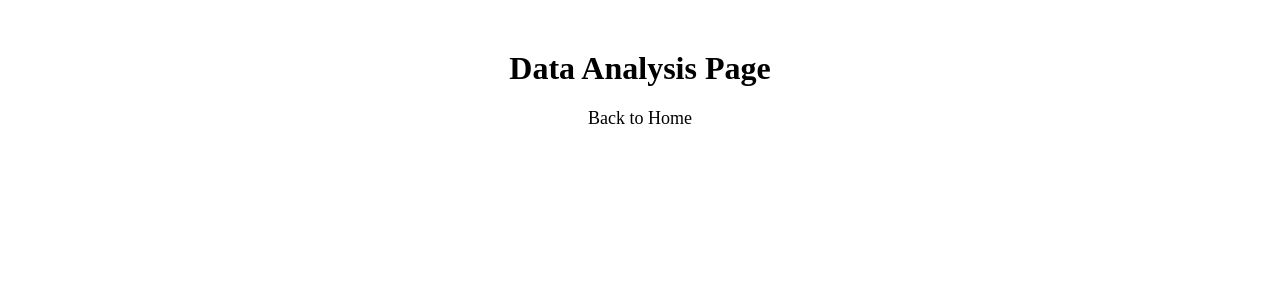
Repository: aw4630/plane-crash-EDA
Page: /analysis (app in frontend/planecrasheda/)
The author's editor kept a copy of each file at every save. The page is drawn from the files as they stood at one save, then again after the next save.
The browser window is 1280 px wide. The pictures show the whole page.
The project was rebuilt for these pictures with package versions that can differ from the ones it lists, and the page was loaded fresh each time. The framework's server and built-in components were replaced by stand-ins that run in the browser.

Above is the page before, as saved 2024-09-19 01:34:47.

### frontend/planecrasheda/pages/_app.js
import React from 'react';

function MyApp({ Component, pageProps }) {
  return <Component {...pageProps} />;
}

export default MyApp;

### frontend/planecrasheda/pages/analysis.js
import DataAnalysisPage from '../components/DataAnalysisPage';

export default function Analysis() {
  return <DataAnalysisPage />;
}

### frontend/planecrasheda/components/DataAnalysisPage.js
import React from 'react';
import Link from 'next/link';

function DataAnalysisPage() {
  return (
    <div style={{ textAlign: 'center', marginTop: '50px' }}>
      <h1>Data Analysis Page</h1>
      {/* Your Data Analysis Content Here */}
      <div style={{ marginTop: '20px' }}>
        <Link to="/" style={{ fontSize: '18px', textDecoration: 'none' }}>
          Back to Home
        </Link>
      </div>
    </div>
  );
}

export default DataAnalysisPage;

After the next save:
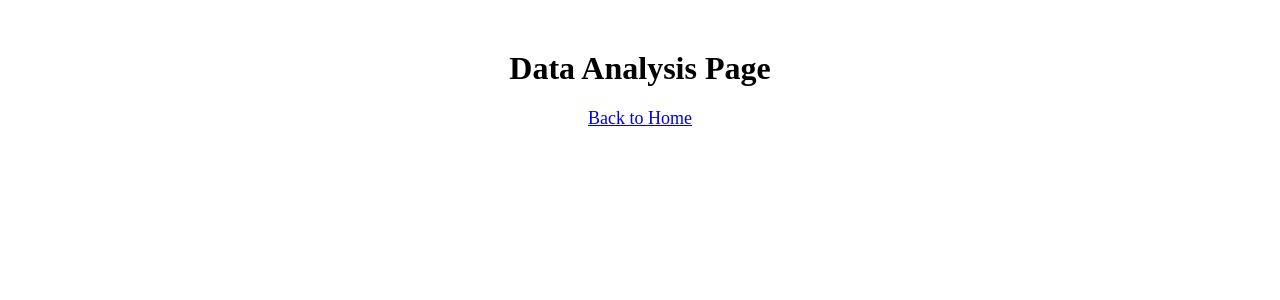
Saved 22 s later.
--- a/frontend/planecrasheda/components/DataAnalysisPage.js
+++ b/frontend/planecrasheda/components/DataAnalysisPage.js
@@ -5,10 +5,12 @@ function DataAnalysisPage() {
   return (
     <div style={{ textAlign: 'center', marginTop: '50px' }}>
       <h1>Data Analysis Page</h1>
-      {/* Your Data Analysis Content Here */}
+      {/*  Data Analysis Content Here */}
       <div style={{ marginTop: '20px' }}>
-        <Link to="/" style={{ fontSize: '18px', textDecoration: 'none' }}>
-          Back to Home
+        <Link href="/">
+          <a style={{ fontSize: '18px', textDecoration: 'none' }}>
+            Back to Home
+          </a>
         </Link>
       </div>
     </div>
